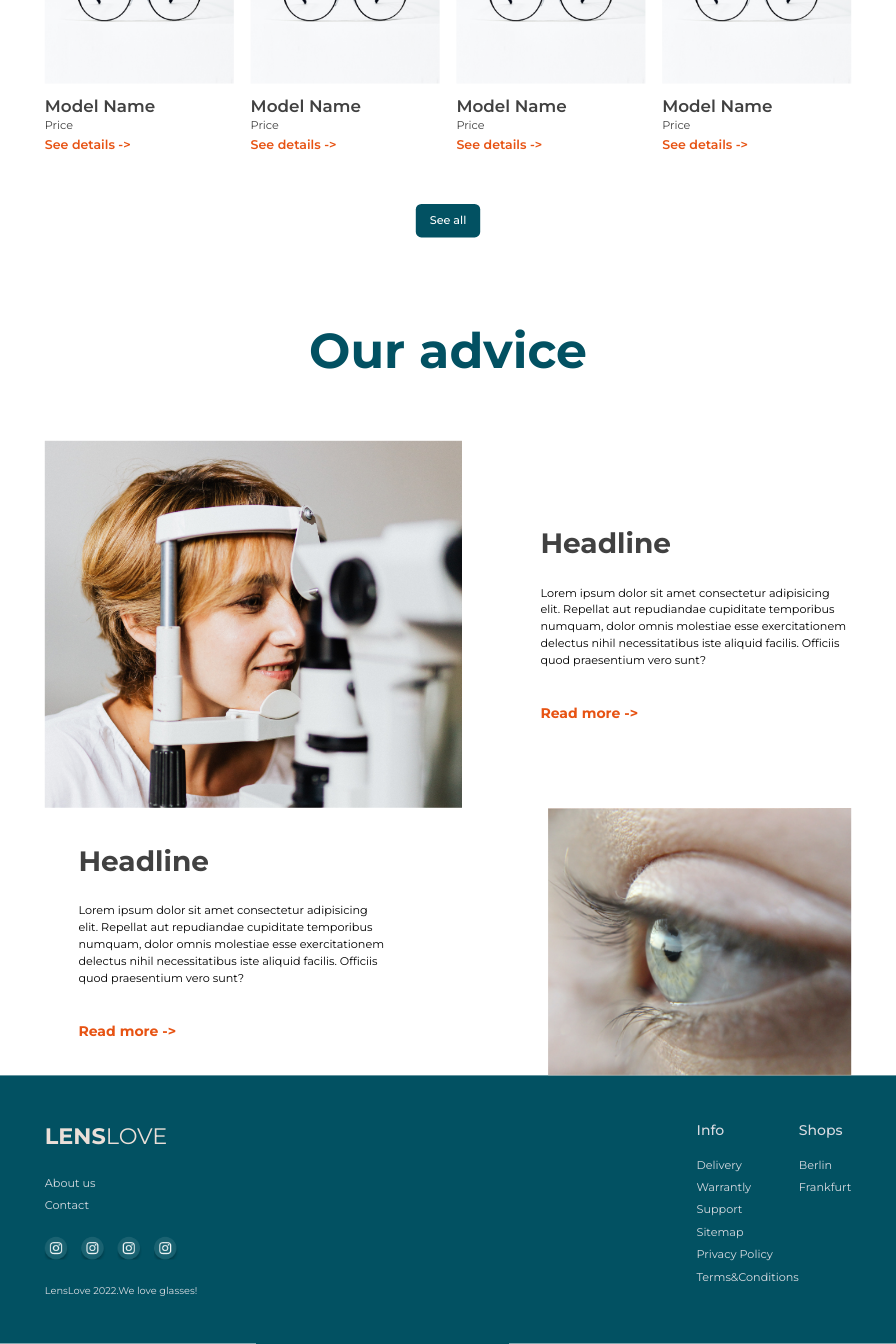
Repository: thienthanhvinh/glasses-react
Page: /
An editor plug-in stored every save of this project. The page is shown before and after the next save, followed by the edit.
The browser window is 1280 px wide. The pictures show the part of the page from y = 3725 to 5645 px (the page is 5645 px tall), at 70% of full size.
The project was rebuilt for these pictures with package versions that can differ from the ones it lists, and the page was loaded fresh each time. Also part of the build but not shown: src/App.css, src/components/common/FormGroup.js, src/components/input/Input.js, src/components/label/Label.js, src/hooks/useDarkMode.js, src/layout/LayoutAuthentication.js, src/components/icons/IconEyeToggle.js, src/pages/SignInPage.js and 1 more.

Above is the page before, as saved 2023-02-13 10:30:23.

After the next save:
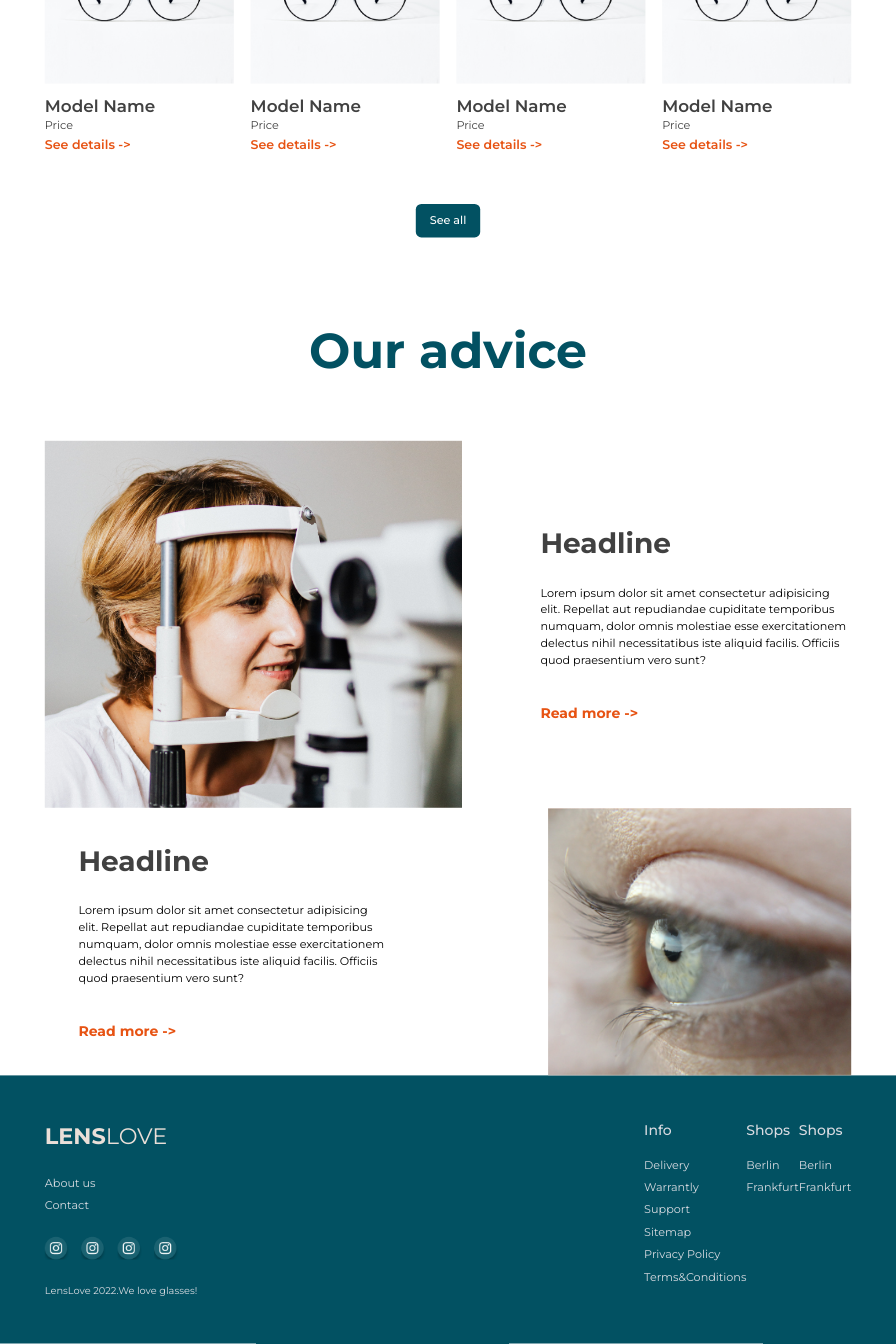
Saved 5 s later.
--- a/src/layout/LayoutFooter.js
+++ b/src/layout/LayoutFooter.js
@@ -51,6 +51,13 @@ const LayoutFooter = () => {
             <p>Frankfurt</p>
           </div>
         </div>
+        <div>
+          <h3 className="font-medium text-xl mb-6">Shops</h3>
+          <div className="flex flex-col gap-y-2">
+            <p>Berlin</p>
+            <p>Frankfurt</p>
+          </div>
+        </div>
       </div>
     </div>
   );
